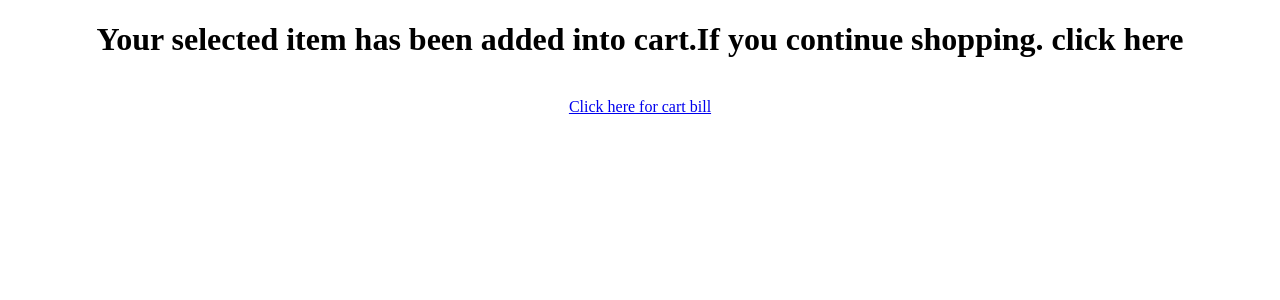
Repository: Amulyayarabothu22/ADJ12B6_labprograms
Page: program9/WebContent/addcart.html
These files come from the project's save history. The page is drawn as it stood at one moment and after the next save; the edit follows.
The browser window is 1280 px wide. The pictures show the whole page.

Above is the page before, as saved 2021-02-06 06:36:11.

After the next save:
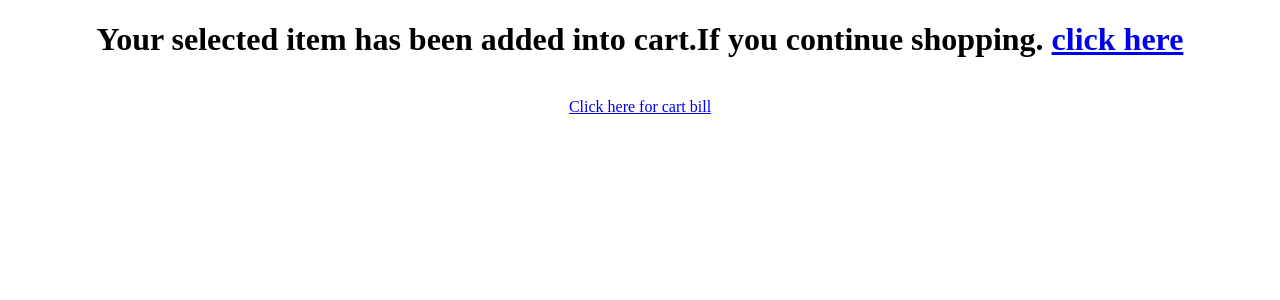
Saved 50 s later.
--- a/program9/WebContent/addcart.html
+++ b/program9/WebContent/addcart.html
@@ -6,7 +6,7 @@
 </head>
 <body>
 	<center>
-		<h1>Your selected item has been added into cart.If you continue shopping. <a href="./index"></a>click here</h1><br>
+		<h1>Your selected item has been added into cart.If you continue shopping. <a href="./index">click here</a></h1><br>
 		<a href="./cartbill">Click here for cart bill</a>
 	</center>
 </body>
